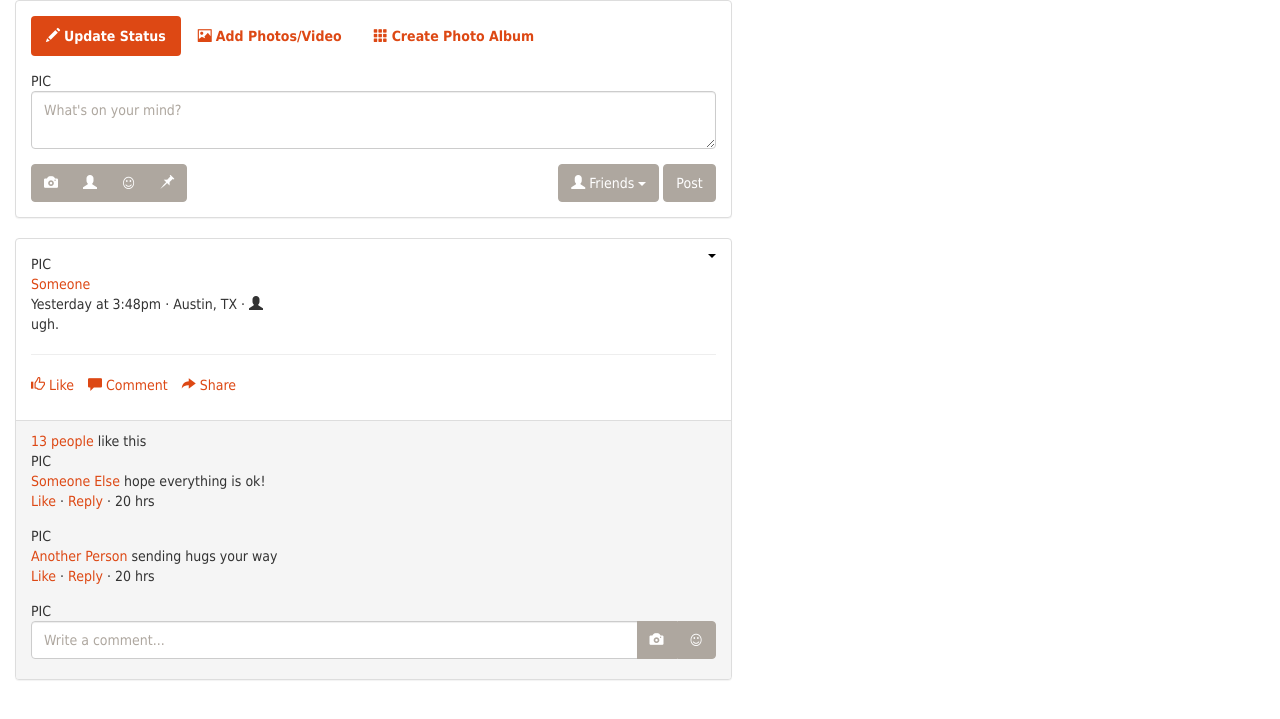
Repository: harshagithub19/news_feed
Page: fbapp3/src/main/webapp/statuscheck.html
An editor plug-in stored every save of this project. The page is shown before and after the next save, followed by the edit.
The browser window is 1280 px wide. The pictures show the whole page.
Some web fonts or font styles are not loaded; a fallback is used. Some web libraries are served in a nearby version.

Above is the page before, as saved 2017-03-02 04:39:58.

### fbapp3/src/main/webapp/statuscheck.html
<!DOCTYPE html>
<html>
<head>
<meta charset="UTF-8">
<meta http-equiv="Content-Type" content="text/html; charset=ISO-8859-1">


<script src="https://ajax.googleapis.com/ajax/libs/jquery/3.1.1/jquery.min.js"></script>
<script src="https://ajax.googleapis.com/ajax/libs/jquery/3.1.1/jquery.ui.min.js"></script>
<script src="https://maxcdn.bootstrapcdn.com/bootstrap/3.3.7/js/bootstrap.min.js"></script>
<script type="text/javascript" src="http://cdn.jsdelivr.net/jquery.cookie/1.3.1/jquery.cookie.js"></script>
<link href="bootstrap/css/bootstrap.css" rel="stylesheet" />
<link href="assets/css/bootstrap-united.css" rel="stylesheet" />



<style type="text/css" >
  .fb-status-update hr {
  margin-top: 5px;
  margin-bottom: 5px;
  /* The color of `hr` is set by its top border color.
     Yeah, it's weird. */
  border-top: 1px solid lightgray;
}


</style>
<title>Insert title here</title>
</head>
<body>


<!-- Main feed: A cell that spans 7 columns -->
<div class="col-md-7">
  <!-- Status update entry -->
  <div class="panel panel-default">
    <div class="panel-body">

	    <ul class="nav nav-pills">
	      <li role="presentation" class="active">
	        <a href="#"><span class="glyphicon glyphicon-pencil"></span> <strong>Update Status</strong></a>
	      </li>
	      <li role="presentation">
	        <a href="#"><span class="glyphicon glyphicon-picture"></span> <strong>Add Photos/Video</strong></a>
	      </li>
	      <li role="presentation">
	        <a href="#"><span class="glyphicon glyphicon-th"></span> <strong>Create Photo Album</strong></a>
	      </li>
	    </ul>

        <div class="media">
			  <div class="media-left media-top">
			    PIC
			  </div>
			  <div class="media-body">
			    <div class="form-group">
			      <!-- rows="2" means "display the textarea as 2 rows high". The user can
			           enter more than 2 rows of text. -->
			      <textarea class="form-control" rows="2" placeholder="What's on your mind?"></textarea>
			    </div>
			  </div>
       </div>

      <div class="row">
		  <div class="col-md-6">
		    <div class="btn-group" role="group">
		      <button type="button" class="btn btn-default">
		        <span class="glyphicon glyphicon-camera"></span>
		      </button>
		      <button type="button" class="btn btn-default">
		        <span class="glyphicon glyphicon-user"></span>
		      </button>
		      <button type="button" class="btn btn-default">
		        ☺
		      </button>
		      <button type="button" class="btn btn-default">
		        <span class="glyphicon glyphicon-pushpin"></span>
		      </button>
		    </div>
		  </div>
		  <div class="col-md-6">
		    <div class="pull-right">
		      <button type="button" class="btn btn-default">
		        <span class="glyphicon glyphicon-user"></span> Friends <span class="caret"></span>
		      </button>
		      <button type="button" class="btn btn-default">
		        Post
		      </button>
		    </div>
		  </div>
     </div>




    </div>
  </div>
  <!-- Status update #1 -->
  <div class="panel panel-default">
  <div class="panel-body">
    <!-- Post metadata -->
    <div class="row">
      <div class="col-md-10">
        <div class="media">
          <div class="media-left media-top">PIC</div>
          <div class="media-body">
            <a href="#">Someone</a>
            <br> Yesterday at 3:48pm · Austin, TX · <span class="glyphicon glyphicon-user"></span>
          </div>
        </div>
      </div>
      <div class="col-md-2">
        <span class="caret pull-right"></span>
      </div>
    </div>
    <!-- Post content -->
    <div class="row">
      <div class="col-md-12">
        ugh.
      </div>
    </div>
  <hr>
  <div class="row">
		  <div class="col-md-12">
		    <ul class="list-inline">
		      <li>
		      <a href="#"><span class="glyphicon glyphicon-thumbs-up"></span> Like</a>
		      </li>
		      <li>
		      <a href="#"><span class="glyphicon glyphicon-comment"></span> Comment</a>
		      </li>
		      <li>
		      <a href="#"><span class="glyphicon glyphicon-share-alt"></span> Share</a>
		      </li>
		    </ul>
		  </div>
  </div>
 </div> <!--  div of panel body for status update 1 -->

 <!-- panel body footer -->
 <div class="panel-footer">
  <div class="row">
    <div class="col-md-12">
      <a href="#">13 people</a> like this
    </div>
  </div>
  <ul class="media-list">
    <li class="media">
      <div class="media-left media-top">
        PIC
      </div>
      <div class="media-body">
        <a href="#">Someone Else</a> hope everything is ok!
        <br><a href="#">Like</a> · <a href="#">Reply</a> · 20 hrs
      </div>
    </li>
    <li class="media">
      <div class="media-left media-top">
        PIC
      </div>
      <div class="media-body">
        <a href="#">Another Person</a> sending hugs your way
        <br><a href="#">Like</a> · <a href="#">Reply</a> · 20 hrs
      </div>
    </li>
    <li class="media">
      <div class="media-left media-top">
        PIC
      </div>
      <div class="media-body">
        <div class="input-group">
          <input type="text" class="form-control" placeholder="Write a comment...">
          <span class="input-group-btn">
            <button class="btn btn-default" type="button">
              <span class="glyphicon glyphicon-camera"></span>
            </button>
            <button class="btn btn-default" type="button">
              ☺
            </button>
          </span>
        </div>
      </div>
    </li>
  </ul>
</div>



</div> <!--  div of panel default for status update 1 -->

</div>





</body>
</html>

Loaded but not shown: fbapp3/src/main/webapp/bootstrap/css/bootstrap.css (library); fbapp3/src/main/webapp/assets/css/bootstrap-united.css (library)

After the next save:
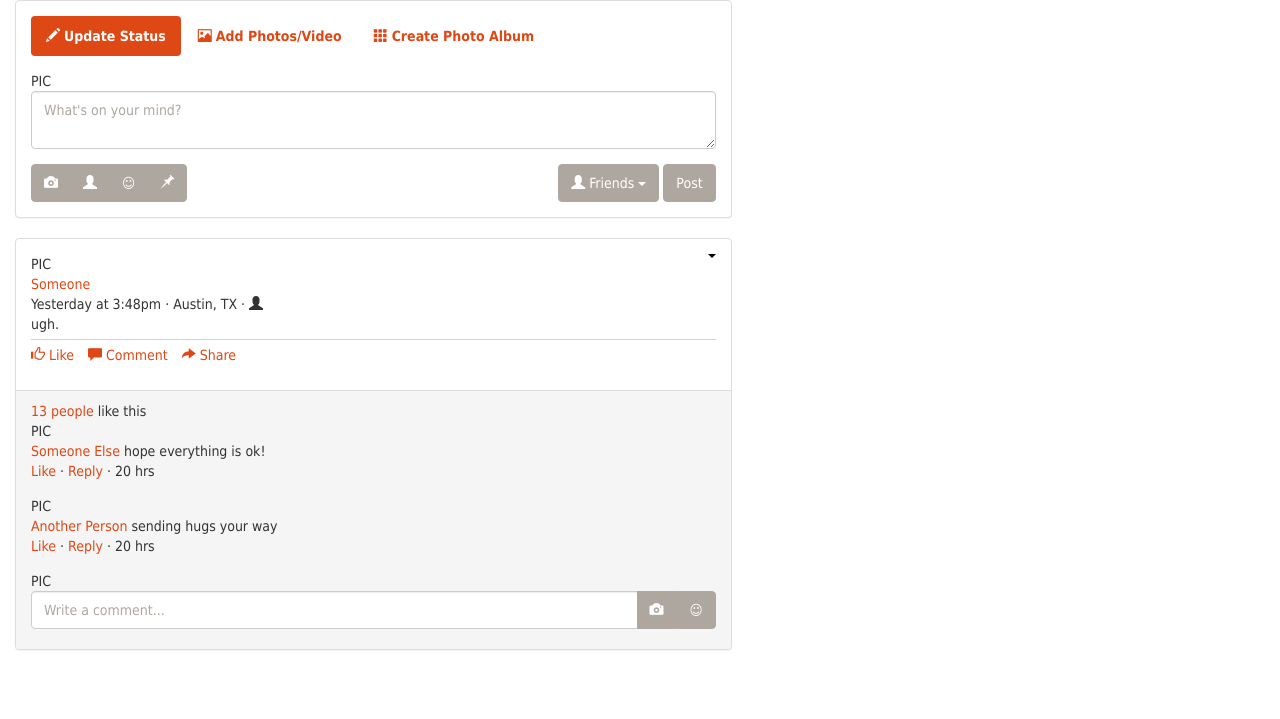
Saved 2 min 52 s later.
--- a/fbapp3/src/main/webapp/statuscheck.html
+++ b/fbapp3/src/main/webapp/statuscheck.html
@@ -15,7 +15,7 @@
 
 
 <style type="text/css" >
-  .fb-status-update hr {
+  hr {
   margin-top: 5px;
   margin-bottom: 5px;
   /* The color of `hr` is set by its top border color.
